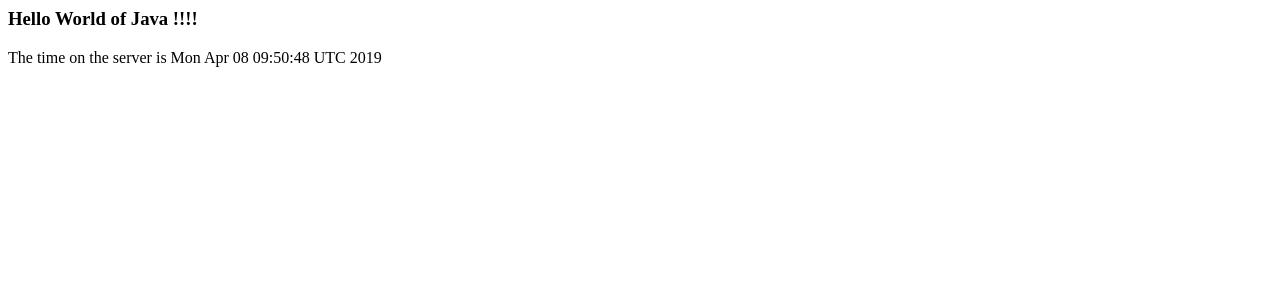
Repository: Aniket2311/Spring-Core-Spring-Boot-And-Hibernet
Page: http://localhost/jspdemo/helloworld.jsp
The author's editor kept a copy of each file at every save. The page is drawn from the files as they stood at one save, then again after the next save.
The browser window is 1280 px wide. The pictures show the whole page.
The page is served by Tomcat 9. Other server files are loaded and not shown.

Above is the page before, as saved 2019-04-08 09:51:56.

### jspdemo/WebContent/helloworld.jsp
<%@page import="java.util.Date"%>
<html>

<body>

<h3>Hello World of Java !!!!</h3>

The time on the server is <%= new Date() %>
</body>

</html>

After the next save:
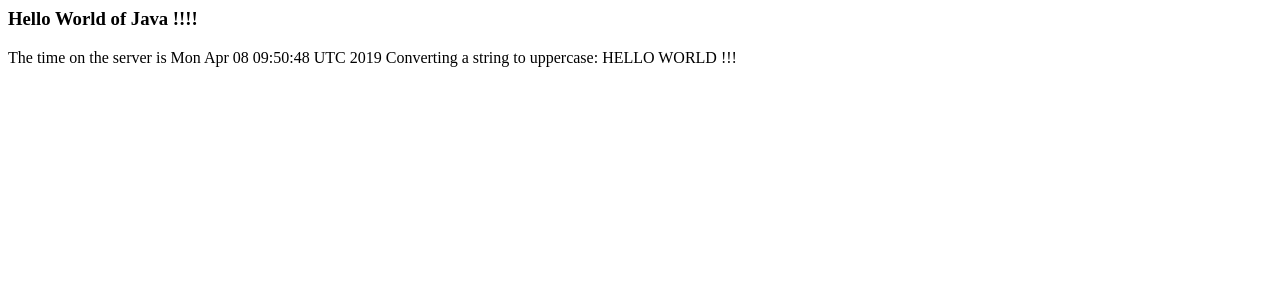
Saved 6 min 48 s later.
--- a/jspdemo/WebContent/helloworld.jsp
+++ b/jspdemo/WebContent/helloworld.jsp
@@ -6,6 +6,10 @@
 <h3>Hello World of Java !!!!</h3>
 
 The time on the server is <%= new Date() %>
+
+Converting a string to uppercase: <%= new String("Hello World !!!").toUpperCase() %>
+
+
 </body>
 
 </html>
